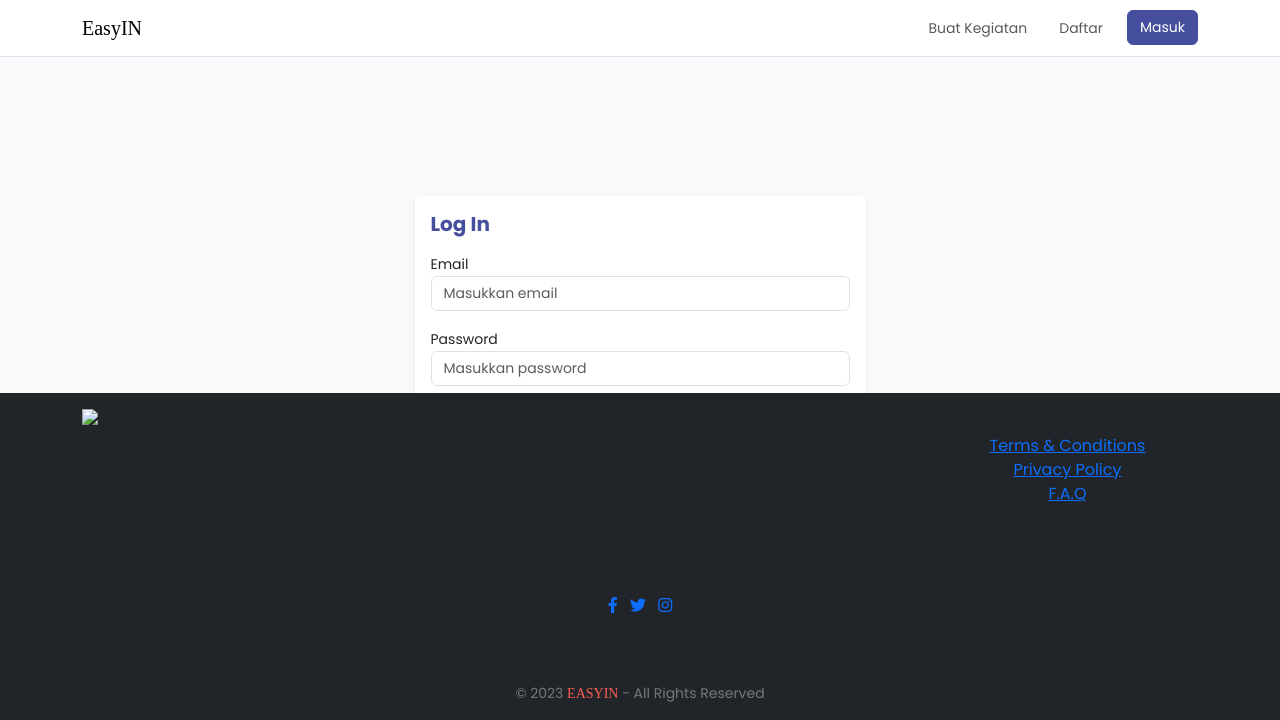
Repository: Imadaaa/Ticketing_Online
Page: http://localhost/login
The author's editor kept a copy of each file at every save. The page is drawn from the files as they stood at one save, then again after the next save.
The browser window is 1280 px wide. The pictures show the whole page.
Some web fonts or font styles are not loaded; a fallback is used. The page is served by the project's Laravel application, run on PHP 8.4 with Laravel 10. Other server files are loaded and not shown.

Above is the page before, as saved 2023-08-22 02:12:38.
Console error: ReferenceError: $ is not defined

### routes/web.php
<?php

use Illuminate\Support\Facades\Route;
use App\Http\Controllers\AuthController;
use App\Http\Controllers\AcaraController;
use App\Http\Controllers\TiketController;
use App\Http\Controllers\UsersController;
use App\Http\Controllers\KampusController;
use App\Http\Controllers\LokasiController;
use App\Http\Controllers\KategoriController;
use App\Http\Controllers\DashboardController;
use App\Http\Controllers\JenisTiketController;
use App\Http\Controllers\LandingPageController;
use App\Http\Controllers\MetodePembayaranController;

/*
|--------------------------------------------------------------------------
| Web Routes
|--------------------------------------------------------------------------
|
| Here is where you can register web routes for your application. These
| routes are loaded by the RouteServiceProvider and all of them will
| be assigned to the "web" middleware group. Make something great!
|
*/

// landing page
Route::get('/', [LandingPageController::class, 'index'])->name('landing-page.index');

// acara
Route::group(['prefix' => 'acara'], function() {
    Route::get('/{slug}', [AcaraController::class, 'landingPageShow'])->name('landing-page.acara.show');
});

// kategori
Route::group(['prefix' => 'kategori'], function() {
    Route::get('/', [KategoriController::class, 'landingPageIndex'])->name('landing-page.kategori.index');
});

// auth
Route::get('/login', [AuthController::class, 'getLogin'])->name('login');
Route::post('/login', [AuthController::class, 'doLogin']);
Route::post('/logout', [AuthController::class, 'doLogout'])->name('logout');
Route::group(['prefix' => 'register'], function() {
    Route::get('/', [AuthController::class, 'getRegister'])->name('register');
    Route::post('/', [AuthController::class, 'doRegister']);
    Route::get('/verifikasi/{token}', [AuthController::class, 'doVerifikasi']);
});

// dashboard
Route::group(['prefix' => 'dashboard'], function() {
    // pages
    Route::get('/', [DashboardController::class, 'getIndex'])->name('dashboard.index');

    // kategori
    Route::group(['prefix' => 'kategori'], function() {
        Route::get('/datatable-json', [KategoriController::class, 'datatableJson'])->name('dashboard.kategori.datatable-json');
    });
    Route::resource('kategori', KategoriController::class, ['as' => 'dashboard'])->except('show');

    // lokasi
    Route::group(['prefix' => 'lokasi'], function() {
        Route::get('/datatable-json', [LokasiController::class, 'datatableJson'])->name('dashboard.lokasi.datatable-json');
    });
    Route::resource('lokasi', LokasiController::class, ['as' => 'dashboard'])->except('show');

    // kampus
    Route::group(['prefix' => 'kampus'], function() {
        Route::get('/datatable-json', [KampusController::class, 'datatableJson'])->name('dashboard.kampus.datatable-json');
    });
    Route::resource('kampus', KampusController::class, ['as' => 'dashboard'])->except('show')->parameters(['kampus' => 'kampus']);

    // metode pembayaran
    Route::group(['prefix' => 'metode-pembayaran'], function() {
        Route::get('/datatable-json', [MetodePembayaranController::class, 'datatableJson'])->name('dashboard.metode-pembayaran.datatable-json');
    });
    Route::resource('metode-pembayaran', MetodePembayaranController::class, ['as' => 'dashboard'])->except('show');

    // user
    Route::group(['prefix' => 'user'], function() {
        Route::get('/datatable-json', [UsersController::class, 'datatableJson'])->name('dashboard.user.datatable-json');
    });
    Route::resource('user', UsersController::class, ['as' => 'dashboard'])->only(['index', 'destroy']);

    // acara
    Route::group(['prefix' => 'acara'], function() {
        Route::get('/datatable-json', [AcaraController::class, 'datatableJson'])->name('dashboard.acara.datatable-json');

        Route::get('/{acara}/jenis-tiket', [JenisTiketController::class, 'index'])->name('dashboard.jenis-tiket.index');
        Route::post('/{acara}/jenis-tiket', [JenisTiketController::class, 'store'])->name('dashboard.jenis-tiket.store');

        Route::get('/{acara}/tiket/datatable-json', [TiketController::class, 'datatableJson'])->name('dashboard.tiket.datatable-json');
        Route::post('/{acara}/tiket', [TiketController::class, 'store'])->name('dashboard.tiket.store');
        Route::delete('/tiket/{tiket}', [TiketController::class, 'destroy'])->name('dashboard.tiket.destroy');
    });
    Route::resource('acara', AcaraController::class, ['as' => 'dashboard'])->except('show');
});

### app/Http/Controllers/AuthController.php
<?php

namespace App\Http\Controllers;

use App\Models\User;
use App\Mail\VerifyEmail;
use Illuminate\Support\Str;
use Illuminate\Http\Request;
use App\Http\Requests\UserRequest;
use Illuminate\Support\Facades\DB;
use Illuminate\Support\Facades\Mail;

class AuthController extends Controller
{
    public function getLogin()
    {
        return view('auth.login');
    }

    public function doLogin(Request $request)
    {
        $credentials = [
            'email' => $request->email,
            'password' => $request->password,
            'is_active' => true
        ];

        if(auth()->attempt($credentials)) {
            return redirect()->route('landing-page.index');
        }

        return redirect()->back()->with('error', 'Email atau password salah');
    }

    public function getRegister()
    {
        return view('auth.register');
    }

    public function doRegister(UserRequest $request)
    {
        $verify_token = Str::random(25);

        $payload = [
            'nama' => $request->nama,
            'verify_token' => $verify_token
        ];

        DB::beginTransaction();

        try {
            Mail::to($request->email)->send(new VerifyEmail($payload));

            User::create([
                'nama' => $request->nama,
                'email' => $request->email,
                'password' => bcrypt($request->password),
                'verify_email_token' => $verify_token
            ]);

            DB::commit();

            return redirect()->back()->with('success', 'Silahkan periksa email anda');
        } catch (Exception $e) {
            DB::rollback();

            return redirect()->back()->with('error', 'Proses registrasi gagal');
        }
    }

    public function doLogout()
    {
        auth()->logout();

        return redirect()->route('landing-page.index');
    }

    public function doVerifikasi($token)
    {
        if(!$token) {
            abort(404);
        }

        $user = User::where('verify_email_token', '=', $token)->firstOrFail();

        $user->update([
            'email_verified_at' => date('Y-m-d H:i:s'),
            'verify_email_token' => null,
            'is_active' => true
        ]);

        return redirect()->route('login')->with('success', 'Email berhasil di verifikasi, silahkan masuk');
    }
}

### resources/views/auth/login.blade.php
@extends('template.landing-page.app')

@section('title', 'Login')

@push('styles')
    <style>
        .wrap-login {
            margin-top: 100px;
        }
    </style>
@endpush

@section('content')
    <div class="container py-5">
        <div class="row mt-5 justify-content-center">
            <div class="col-lg-5 wrap-login">
                @if(session('error'))
                    <div class="alert bg-danger fs-14 text-white">
                        <i class="fa-solid fa-circle-xmark"></i>
                        <span>{{ session('error') }}</span>
                    </div>
                @elseif(session('success'))
                    <div class="alert bg-success fs-14 text-white">
                        <i class="fa-solid fa-circle-check"></i>
                        <span>{{ session('success') }}</span>
                    </div>
                @endif
                <div class="card border-0">
                    <div class="card-body shadow-sm">
                        <h5 class="fw-700 text-primary">Log In</h5>
                        <form action="{{ url('/login') }}" method="POST" class="mt-3">
                            @csrf
                            <div class="mb-3">
                                <label for="email" class="fs-14">Email</label>
                                <input type="email" class="form-control fs-14" name="email" id="email" placeholder="Masukkan email" required>
                            </div>
                            <div class="mb-3">
                                <label for="password" class="fs-14">Password</label>
                                <input type="password" class="form-control fs-14" name="password" id="password" placeholder="Masukkan password" required>
                            </div>
                            <div class="mb-3">
                                <p class="fs-14 mb-1 text-muted">Belum punya akun? daftar <a class="text-primary text-decoration-none" href="{{ route('register') }}">disini</a></p>
                                <p class="fs-14 mb-1 text-muted"><a class="text-primary text-decoration-none" href="{{ route('register') }}">Lupa Password</a></p>
                                <button type="submit" class="btn btn-primary fw-700 fs-14">Log In</button>
                            </div>
                        </form>
                    </div>
                </div>
            </div>
        </div>
    </div>
@endsection

### resources/views/template/landing-page/app.blade.php
<!doctype html>
<html lang="en">

<head>
    <meta charset="utf-8">
    <meta name="viewport" content="width=device-width, initial-scale=1">
    <title>EasyIN - @yield('title')</title>

    @include('template.landing-page.partials._style')
</head>

<body class="bg-light">
    {{-- navbar --}}
    @include('template.landing-page.partials._navbar')

    @yield('content')

    {{-- footer --}}
    @include('template.landing-page.partials._footer')

    @include('template.landing-page.partials._script')
</body>

</html>

### resources/views/template/landing-page/partials/_style.blade.php
<link href="https://cdn.jsdelivr.net/npm/bootstrap@5.3.1/dist/css/bootstrap.min.css" rel="stylesheet"
    integrity="sha384-4bw+/aepP/YC94hEpVNVgiZdgIC5+VKNBQNGCHeKRQN+PtmoHDEXuppvnDJzQIu9" crossorigin="anonymous">
<link rel="stylesheet" href="{{ asset('css/custom.css') }}">
<link rel="preconnect" href="https://fonts.googleapis.com">
<link rel="preconnect" href="https://fonts.gstatic.com" crossorigin>
<link href="https://fonts.googleapis.com/css2?family=Audiowide&family=Poppins:wght@400;500;600;700&display=swap"
    rel="stylesheet">
<link rel="stylesheet" href="https://cdnjs.cloudflare.com/ajax/libs/font-awesome/6.4.0/css/all.min.css"
    integrity="sha512-iecdLmaskl7CVkqkXNQ/ZH/XLlvWZOJyj7Yy7tcenmpD1ypASozpmT/E0iPtmFIB46ZmdtAc9eNBvH0H/ZpiBw=="
    crossorigin="anonymous" referrerpolicy="no-referrer" />
<link rel="stylesheet" href="{{ asset('path/to/slick.css') }}">
<link rel="stylesheet" href="{{ asset('path/to/slick-theme.css') }}">
<script src="{{ asset('path/to/slick.min.js') }}"></script>
@stack('styles')

### resources/views/template/landing-page/partials/_navbar.blade.php
<nav class="navbar navbar-expand-lg {{ request()->is('login') || request()->is('register') || !request()->is('/') ? 'bg-white border-bottom' : '' }}">
    <div class="container">
        <a class="navbar-brand {{ request()->is('login') || request()->is('register') || !request()->is('/') ? '' : 'text-white' }} text-title" href="{{ route('landing-page.index') }}">EasyIN</a>
        <button class="navbar-toggler" type="button" data-bs-toggle="collapse" data-bs-target="#navbarNav"
            aria-controls="navbarNav" aria-expanded="false" aria-label="Toggle navigation">
            <span class="navbar-toggler-icon"></span>
        </button>
        <div class="collapse navbar-collapse" id="navbarNav">
            <ul class="navbar-nav ms-auto">
                <li class="nav-item ms-3">
                    <a class="nav-link {{ request()->is('login') || request()->is('register') || !request()->is('/') ? '' : 'text-white' }} fs-14" aria-current="page" href="#">Buat Kegiatan</a>
                </li>
                @if(auth()->user())
                    <li class="nav-item ms-3">
                        <a class="nav-link {{ request()->is('login') || request()->is('register') || !request()->is('/') ? '' : 'text-white' }} fs-14" href="{{ route('dashboard.index') }}">Dashboard</a>
                    </li>
                    <li class="nav-item ms-3">
                        <a class="nav-link {{ request()->is('login') || request()->is('register') || !request()->is('/') ? '' : 'text-white' }} fs-14" href="#" onclick="document.getElementById('form-logout').submit();">Logout <i class="fa-solid fa-power-off"></i></a>
                        <form action="{{ route('logout') }}" method="POST" id="form-logout">
                            @csrf
                        </form>
                    </li>
                @else
                    <li class="nav-item ms-3">
                        <a class="nav-link {{ request()->is('login') || request()->is('register') || !request()->is('/') ? '' : 'text-white' }} fs-14" href="{{ route('register') }}">Daftar</a>
                    </li>
                    <li class="nav-item ms-3">
                        <a class="btn btn-primary {{ request()->is('login') || request()->is('register') || !request()->is('/') ? '' : 'text-white' }} fs-14" href="{{ route('login') }}">Masuk</a>
                    </li>
                @endif
            </ul>
        </div>
    </div>
</nav>

### resources/views/template/landing-page/partials/_footer.blade.php
<footer class="bg-dark text-center py-3 {{ request()->is('login') || request()->is('register') ? 'footer-fixed' : '' }}">
    <div class="container slider">
        <div class="row">
            <div class="col-md-4">
                <div class="d-flex align-items-center">
                    <img src="{{ asset('storage/img/logo/Steam_icon.png') }}" alt="Logo" class="logo me-3"
                        style="max-width: 50px;">
                    <p class="fs-14 mb-0">EASYIN</p>
                </div>
                <p class="mt-3 fs-14">Bringing Events to You</p>
            </div>
            <div class="col-md-5">
                <h5 class="fs-14">About Us</h5>
                <p class="fs-10">EASYIN is a platform that connects event organizers with participants, providing an
                    easy way to discover and join various events.</p>
            </div>
            <div class="col-md-3">
                <h5 class="fs-14">Quick Links</h5>
                <ul class="list-unstyled fs-10">
                    <li><a href="#">Terms & Conditions</a></li>
                    <li><a href="#">Privacy Policy</a></li>
                    <li><a href="#">F.A.Q</a></li>
                </ul>
            </div>
            <div class="col-md-12 mt-4">
                <h5 class="fs-18 mb-4">Stay Connected</h5>
                <ul class="list-inline social-icons">
                    <li class="list-inline-item"><a href="#" class="social-link"><i
                                class="fab fa-facebook-f"></i></a></li>
                    <li class="list-inline-item"><a href="#" class="social-link"><i
                                class="fab fa-twitter"></i></a></li>
                    <li class="list-inline-item"><a href="#" class="social-link"><i
                                class="fab fa-instagram"></i></a></li>
                </ul>
            </div>
        </div>
        <hr class="my-4">
        <div class="row">
            <div class="col-md-12 text-center">
                <p class="fs-14 mb-0" style="color: #777;">&copy; {{ date('Y') }} <span class="text-title"
                        style="color: #fd5e53;">EASYIN</span> - All Rights Reserved</p>
            </div>
        </div>
    </div>
</footer>

### resources/views/template/landing-page/partials/_script.blade.php
<script src="https://cdn.jsdelivr.net/npm/bootstrap@5.3.1/dist/js/bootstrap.bundle.min.js"
    integrity="sha384-HwwvtgBNo3bZJJLYd8oVXjrBZt8cqVSpeBNS5n7C8IVInixGAoxmnlMuBnhbgrkm" crossorigin="anonymous">
</script>
<script>
    $(document).ready(function() {
        $('.slider').slick({
            autoplay: true,
            dots: true,
            // Konfigurasi slider lainnya sesuai kebutuhan
        });
    });
</script>
@stack('scripts')

### public/css/custom.css
* {
    font-family: "Poppins", sans-serif;
}

.navbar {
    position: absolute !important;
    width: 100%;
    z-index: 1;
}

#hero {
    background-image: url("../img/hero.jpg");
    height: 500px;
    background-position: center;
    background-repeat: no-repeat;
    position: relative;
}

#hero::after {
    content: "";
    height: 100%;
    width: 100%;
    background-color: rgba(0, 0, 0, .5);
    display: block;
}

#hero .text-hero {
    position: absolute;
    width: auto;
    height: auto;
    top: 40%;
    text-align: center;
}

.search-bar {
    margin-top: -80px;
    z-index: 1;
    position: relative;
}

.search-bar .wrap-search-form {
    padding: 60px 50px;
}

#kegiatan-kampus .card {
    background-position: center;
    background-size: cover;
    background-repeat: no-repeat;
    position: relative;
}

#kegiatan-kampus .card::before {
    content: "";
    height: 100%;
    width: 100%;
    background-color: rgba(0, 0, 0, .5);
    display: block;
    position: absolute;
    border-radius: 0.375rem;
}

#kegiatan-kampus .card .card-body h5 {
    margin-top: 200px;
}

#kegiatan-kampus .card .card-body h5, #kegiatan-kampus .card .card-body p, #kegiatan-kampus .card .card-body a {
    z-index: 1;
    position: relative;
}

footer, .bg-dark {
    background-color: #212529 !important;
}

.text-title {
    font-family: 'Audiowide', cursive;
}

.fs-14 {
    font-size: 14px;
}

.fs-12 {
    font-size: 12px;
}

.fs-60 {
    font-size: 60px;
}

.fw-700 {
    font-weight: 700;
}

.btn-primary {
    background-color: #464F9E !important;
    border-color: #464F9E !important;
}

.btn-outline-primary {
    background-color: white !important;
    border-color: #464F9E !important;
    color: #464F9E !important;
}

.btn-outline-primary:hover {
    background-color: #464F9E !important;
    color: white !important;
}

.text-primary {
    color: #464F9E !important;
}

.footer-fixed {
    position: absolute;
    width: 100%;
    bottom: 0;
}

Loaded but not shown: app/Http/Controllers/Controller.php (common file)

After the next save:
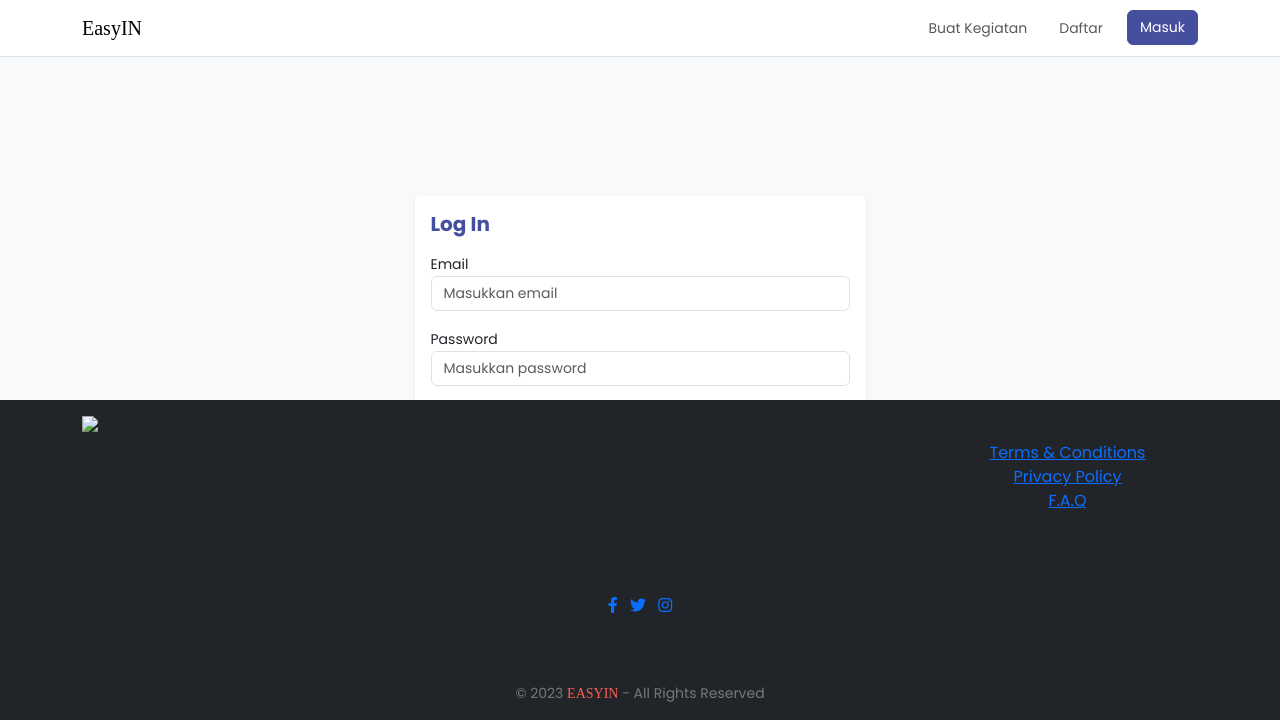
Saved 4 s later.
--- a/resources/views/template/landing-page/partials/_footer.blade.php
+++ b/resources/views/template/landing-page/partials/_footer.blade.php
@@ -23,7 +23,7 @@
                 </ul>
             </div>
             <div class="col-md-12 mt-4">
-                <h5 class="fs-18 mb-4">Stay Connected</h5>
+                <h5 class="fs-14 mb-4">Stay Connected</h5>
                 <ul class="list-inline social-icons">
                     <li class="list-inline-item"><a href="#" class="social-link"><i
                                 class="fab fa-facebook-f"></i></a></li>
